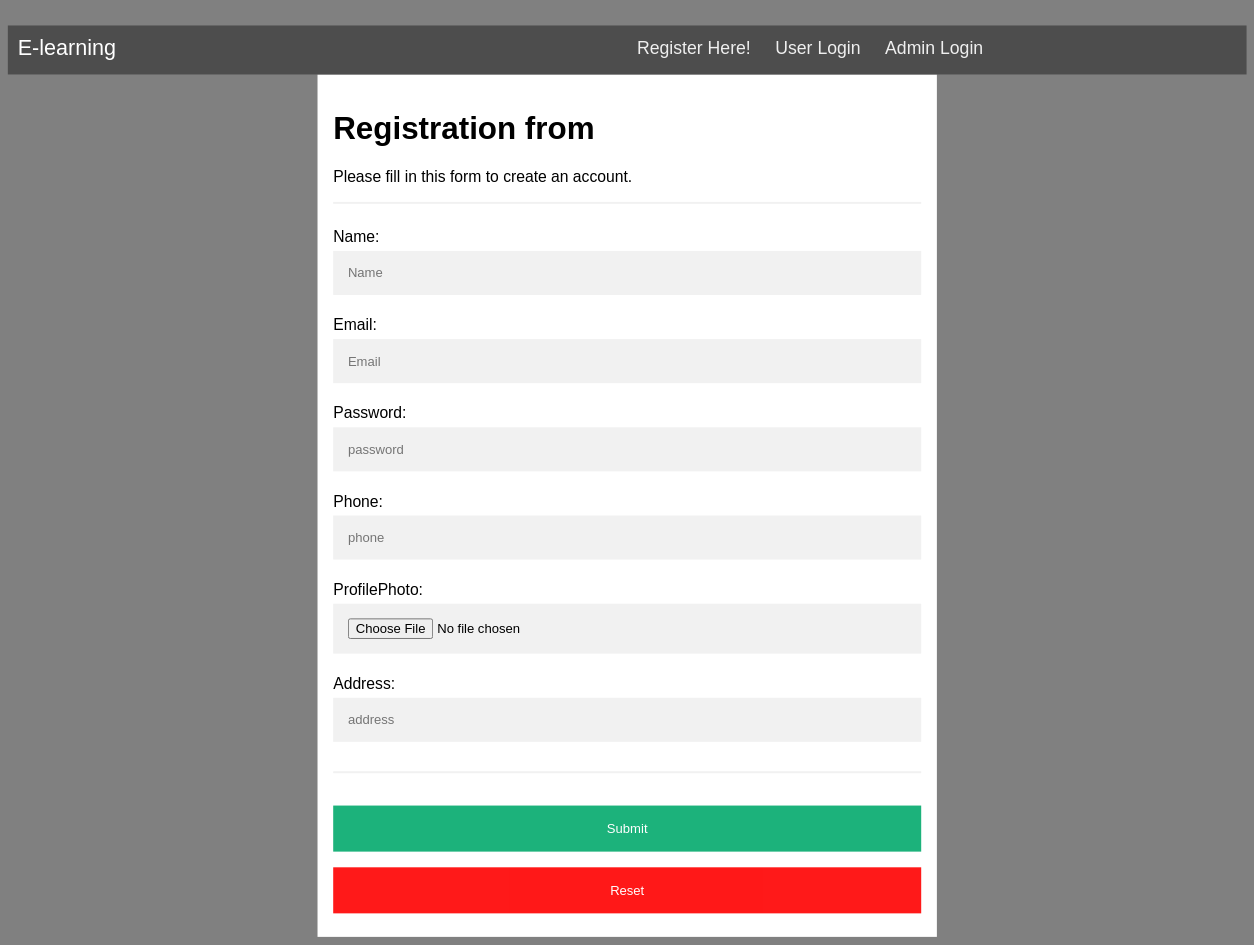
Repository: hemanthchallacs/learning_spring_boot
Page: http://localhost/RegistrationForm
The author's editor kept a copy of each file at every save. The page is drawn from the files as they stood at one save, then again after the next save.
The browser window is 1280 px wide. The pictures show the whole page, at 98% of full size.
The page is this project's Thymeleaf template; nobody is signed in. The template is opened directly, without the code that normally fills it, so the values that code supplies are empty.

Above is the page before, as saved 2021-07-12 18:23:55.

### ver1_elearning/src/main/resources/templates/RegistrationForm.html
<!DOCTYPE html>
<html xmlns:th ="http://www.thymeleaf.org">
<head>
<meta charset="ISO-8859-1">
<title>Registration from</title>
<style>

.nav {
  height: 50px;
  width: 100%;
  background-color: #4d4d4d;
  position: relative;
}

.nav > .nav-header {
  display: inline;
}

.nav > .nav-header > .nav-title {
  display: inline-block;
  font-size: 22px;
  color: #fff;
  padding: 10px 10px 10px 10px;
}

.nav > .nav-btn {
  display: none;
}

.nav > .nav-links {
  display: inline;
  float: right;
  font-size: 18px;
}

.nav > .nav-links > a {
  display: inline-block;
  padding: 13px 10px 13px 10px;
  text-decoration: none;
  color: #efefef;
}

.nav > .nav-links > a:hover {
  background-color: rgba(0, 0, 0, 0.3);
}

.nav > #nav-check {
  display: none;
}

@media (max-width:600px) {
  .nav > .nav-btn {
    display: inline-block;
    position: absolute;
    right: 0px;
    top: 0px;
  }
  .nav > .nav-btn > label {
    display: inline-block;
    width: 50px;
    height: 50px;
    padding: 13px;
  }
  .nav > .nav-btn > label:hover,.nav  #nav-check:checked ~ .nav-btn > label {
    background-color: rgba(0, 0, 0, 0.3);
  }
  .nav > .nav-btn > label > span {
    display: block;
    width: 25px;
    height: 10px;
    border-top: 2px solid #eee;
  }
  .nav > .nav-links {
    position: absolute;
    display: block;
    width: 100%;
    background-color: #333;
    height: 0px;
    transition: all 0.3s ease-in;
    overflow-y: hidden;
    top: 50px;
    left: 0px;
  }
  .nav > .nav-links > a {
    display: block;
    width: 100%;
  }
  .nav > #nav-check:not(:checked) ~ .nav-links {
    height: 0px;
  }
  .nav > #nav-check:checked ~ .nav-links {
    height: calc(100vh - 50px);
    overflow-y: auto;
  }
}

.alert {
  padding: 20px;
  background-color: green;
  color: white;
}

.closebtn {
  margin-left: 15px;
  color: white;
  font-weight: bold;
  float: right;
  font-size: 22px;
  line-height: 20px;
  cursor: pointer;
  transition: 0.3s;
}

.closebtn:hover {
  color: black;
}
div {

  height: 50%;
  width: 50%;



	margin: auto;
}
body {
  font-family: Arial, Helvetica, sans-serif;
  background-color: gray;
}

* {
  box-sizing: border-box;
}

/* Add padding to containers */
.container {
  padding: 16px;
  background-color: white;
}

/* Full-width input fields */
input[type=file], input[type=password] {
  width: 100%;
  padding: 15px;
  margin: 5px 0 22px 0;
  display: inline-block;
  border: none;
  background: #f1f1f1;
}


input[type=text], input[type=password] {
  width: 100%;
  padding: 15px;
  margin: 5px 0 22px 0;
  display: inline-block;
  border: none;
  background: #f1f1f1;
}

input[type=text]:focus, input[type=password]:focus {
  background-color: #ddd;
  outline: none;
}

/* Overwrite default styles of hr */
hr {
  border: 1px solid #f1f1f1;
  margin-bottom: 25px;
}

/* Set a style for the submit button */
.registerbtn {
  background-color: #04AA6D;
  color: white;
  padding: 16px 20px;
  margin: 8px 0;
  border: none;
  cursor: pointer;
  width: 100%;
  opacity: 0.9;
}

.resetbtn {
  background-color: red;
  color: white;
  padding: 16px 20px;
  margin: 8px 0;
  border: none;
  cursor: pointer;
  width: 100%;
  opacity: 0.9;
}
.registerbtn:hover {
  opacity: 1;
}

/* Add a blue text color to links */
a {
  color: dodgerblue;
}

/* Set a grey background color and center the text of the "sign in" section */
.signin {
  background-color: #f1f1f1;
  text-align: center;
}
</style>
</head>
<body>

<br>

<div class="nav" >

  <div class="nav-header">
    <div class="nav-title">
      E-learning
    </div>
  </div>
  <div class="nav-btn">
    <label for="nav-check">
      <span></span>
      <span></span>
      <span></span>
    </label>
  </div>

  <div class="nav-links">
   <a th:href=@{/RegistrationForm}>Register Here!</a>
	<a th:href=@{/login}>User Login</a>
	<a th:href=@{/adminlogin}>Admin Login</a>

  </div>
</div>





<form th:action=@{/registerUser}  th:object=${newuser}  method="post" enctype="multipart/form-data">
<!--  UserID:<input type="text" placeholder= "UserID" th:field=*{user_id}>-->
  <div class="container">
 <h1>Registration from</h1>
    <p>Please fill in this form to create an account.</p>
    <hr>
Name:<input type="text" placeholder= "Name" th:field=*{name}>
Email:<input type="text" placeholder= "Email" th:field=*{email}>
Password:<input type="password" placeholder= "password" th:field=*{password}>
Phone:<input type="text" placeholder= "phone" th:field=*{phone_no}>
ProfilePhoto:
<input type="file" accept="image/*"name="image">
<br>
Address:<input type="text" placeholder= "address" th:field=*{address}>
<hr>
<input  class="registerbtn" type="submit" name="Register">
<input class="resetbtn" type="reset" name= "Reset">
</div>


</form>


</body>
</html>

After the next save:
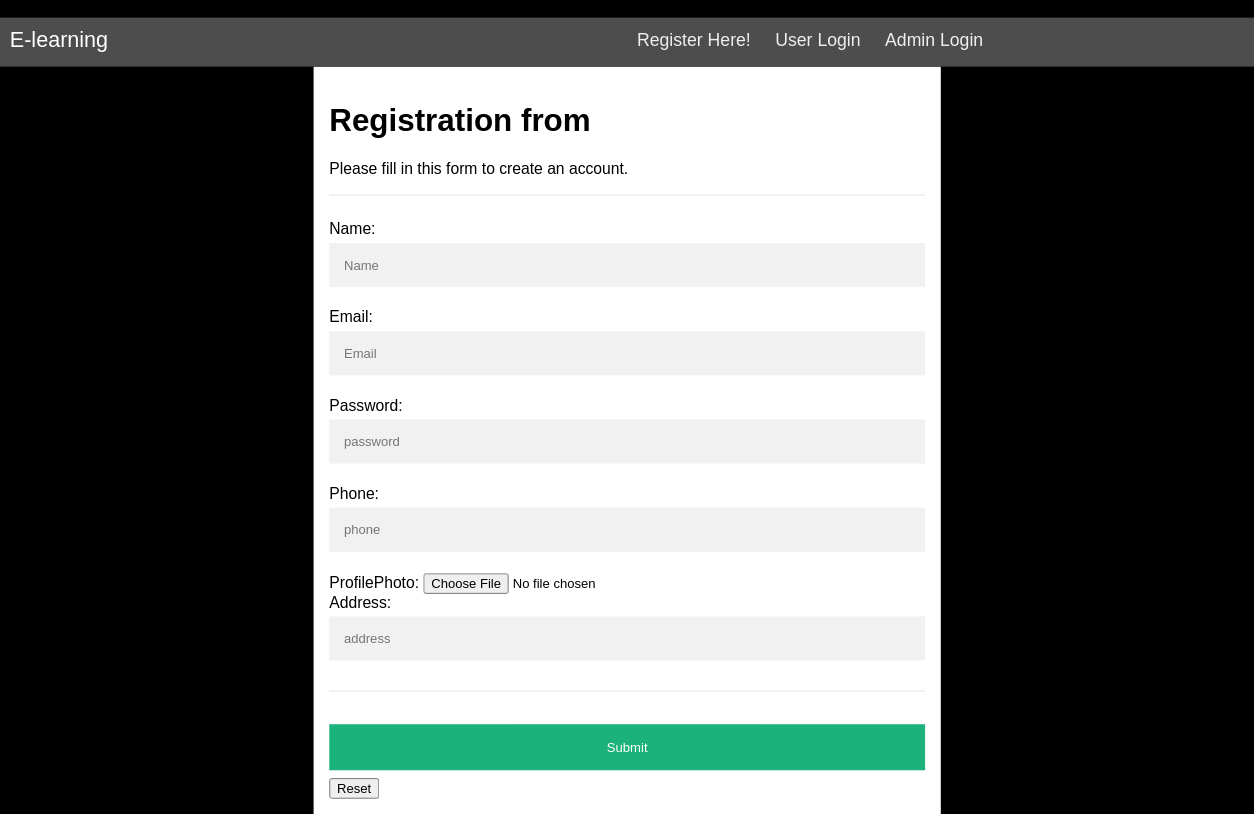
Saved 5 min 19 s later.
--- a/ver1_elearning/src/main/resources/templates/RegistrationForm.html
+++ b/ver1_elearning/src/main/resources/templates/RegistrationForm.html
@@ -4,6 +4,15 @@
 <meta charset="ISO-8859-1">
 <title>Registration from</title>
 <style>
+
+* {
+  box-sizing: border-box;
+}
+
+body {
+  margin: 0px;
+  font-family: 'segoe ui';
+}
 
 .nav {
   height: 50px;
@@ -94,38 +103,19 @@
   }
 }
 
-.alert {
-  padding: 20px;
-  background-color: green;
-  color: white;
-}
-
-.closebtn {
-  margin-left: 15px;
-  color: white;
-  font-weight: bold;
-  float: right;
-  font-size: 22px;
-  line-height: 20px;
-  cursor: pointer;
-  transition: 0.3s;
-}
-
-.closebtn:hover {
-  color: black;
-}
-div {
-
-  height: 50%;
-  width: 50%;
-
-
-
-	margin: auto;
-}
+
+div{
+
+height:50%;
+width:50%;
+margin:auto;
+
+}
+
+
 body {
   font-family: Arial, Helvetica, sans-serif;
-  background-color: gray;
+  background-color: black;
 }
 
 * {
@@ -139,16 +129,6 @@ body {
 }
 
 /* Full-width input fields */
-input[type=file], input[type=password] {
-  width: 100%;
-  padding: 15px;
-  margin: 5px 0 22px 0;
-  display: inline-block;
-  border: none;
-  background: #f1f1f1;
-}
-
-
 input[type=text], input[type=password] {
   width: 100%;
   padding: 15px;
@@ -181,16 +161,6 @@ hr {
   opacity: 0.9;
 }
 
-.resetbtn {
-  background-color: red;
-  color: white;
-  padding: 16px 20px;
-  margin: 8px 0;
-  border: none;
-  cursor: pointer;
-  width: 100%;
-  opacity: 0.9;
-}
 .registerbtn:hover {
   opacity: 1;
 }
